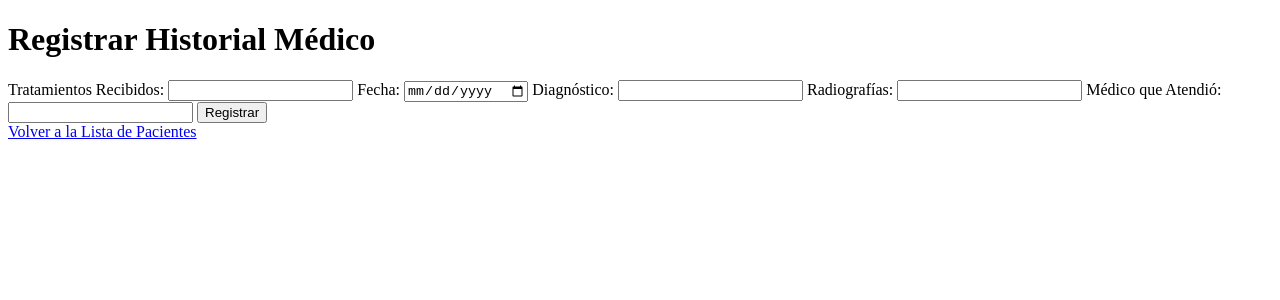
Repository: Aimarvera/LPII_EF_VeraDuran
Page: http://localhost/RegistrarPaciente
The author's editor kept a copy of each file at every save. The page is drawn from the files as they stood at one save, then again after the next save.
The browser window is 1280 px wide. The pictures show the whole page.
The page is this project's Thymeleaf template; nobody is signed in. The template is opened directly, without the code that normally fills it, so the values that code supplies are empty.

Above is the page before, as saved 2024-10-24 03:28:33.

After the next save:
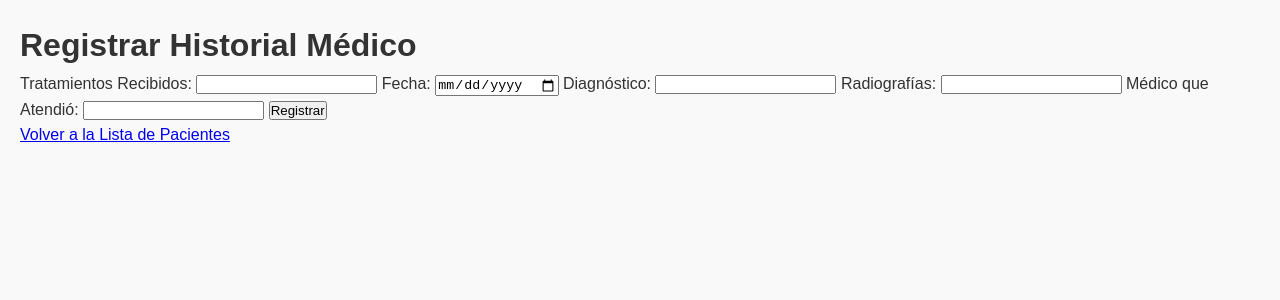
Saved 15 s later.
--- a/Clinica/src/main/resources/templates/RegistrarPaciente.html
+++ b/Clinica/src/main/resources/templates/RegistrarPaciente.html
@@ -3,6 +3,7 @@
 <head>
     <meta charset="UTF-8">
     <title>Registrar Historial Médico</title>
+	<link rel="stylesheet" type="text/css" href="/css/historial.css">
 </head>
 <body>
     <h1>Registrar Historial Médico</h1>
